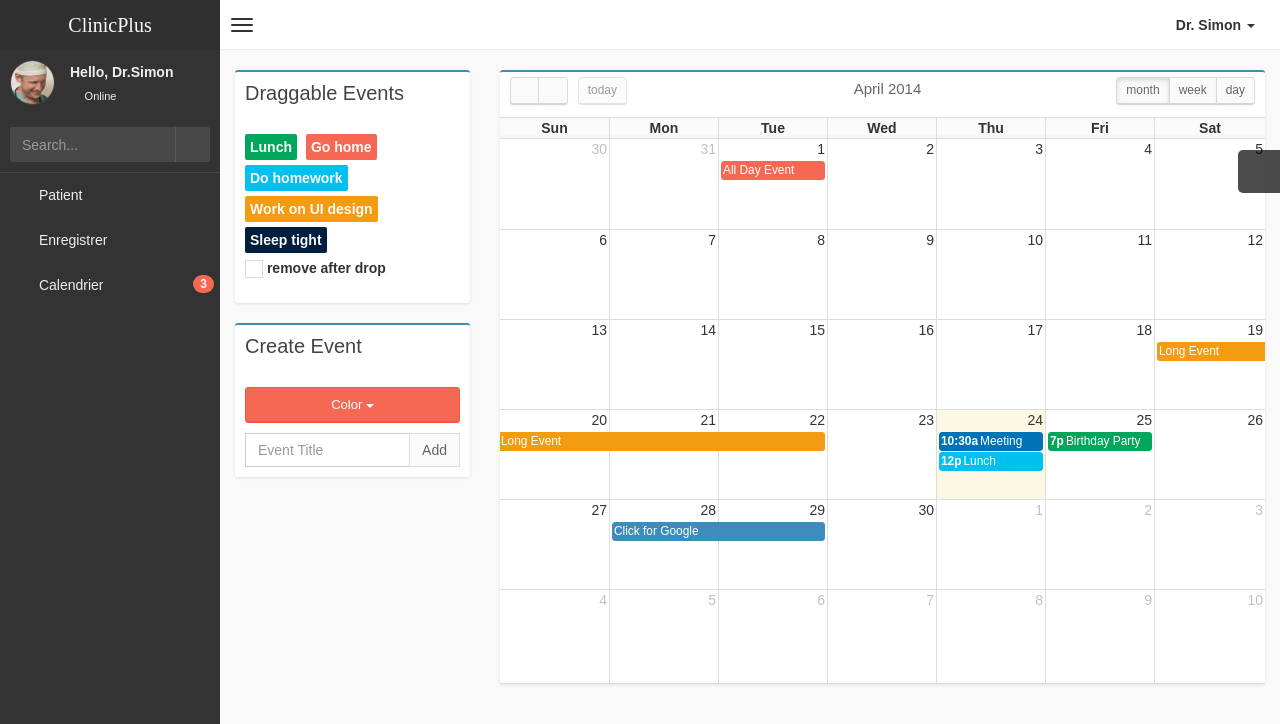
Repository: BouzidKhellaf/ClinicPlusBD
Page: http://localhost/clinicPlus/calendar
An editor plug-in stored every save of this project. The page is shown before and after the next save, followed by the edit.
The browser window is 1280 px wide. The pictures show the whole page.
Some web fonts or font styles are not loaded; a fallback is used. Some web libraries are served in a nearby version. The page is served by Tomcat 9.

Above is the page before, as saved 2014-05-06 00:54:06.

After the next save:
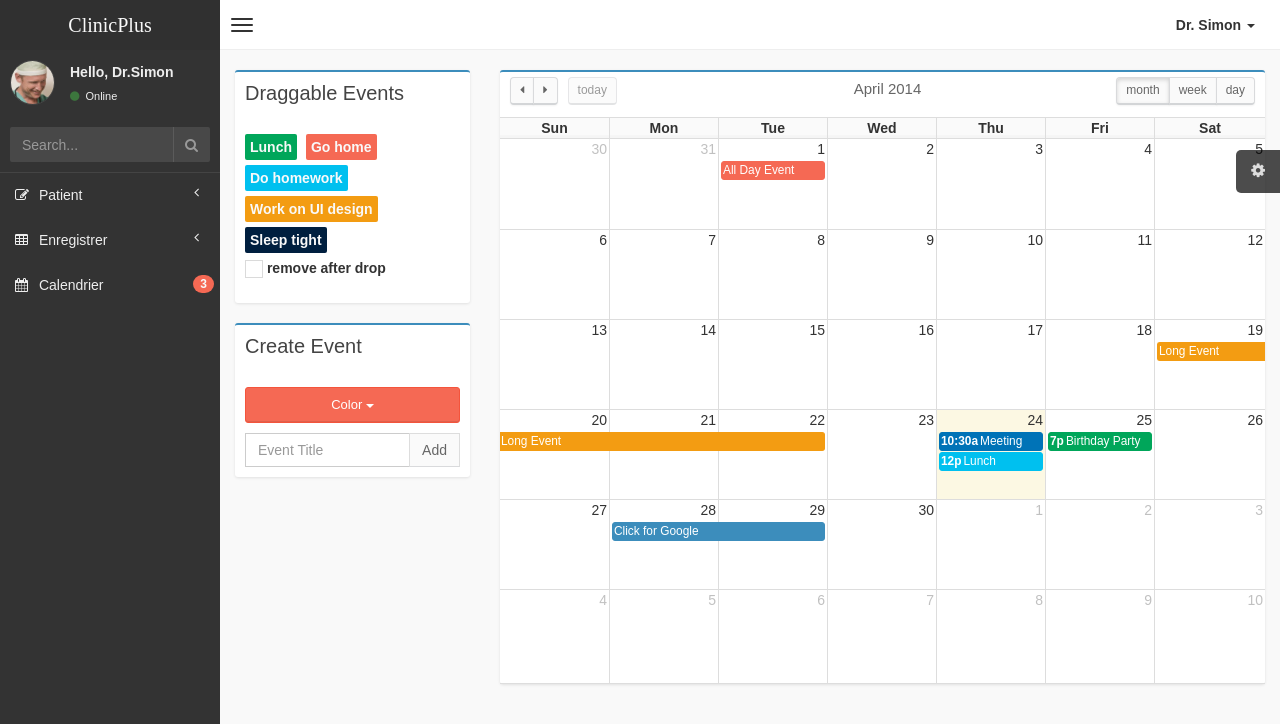
Saved 64 s later.
--- a/clinicPlus/src/main/webapp/WEB-INF/views/admin/pages/calendar.jsp
+++ b/clinicPlus/src/main/webapp/WEB-INF/views/admin/pages/calendar.jsp
@@ -13,14 +13,14 @@
         <title>AdminLTE | Calendar</title>
         <meta content='width=device-width, initial-scale=1, maximum-scale=1, user-scalable=no' name='viewport'>
         <!-- bootstrap 3.0.2 -->
-        <link href="<%request.getContextPath();%>css/bootstrap.min.css" rel="stylesheet" type="text/css" />
+        <link href="<%request.getContextPath();%>resources/css/bootstrap.min.css" rel="stylesheet" type="text/css" />
         <!-- font Awesome -->
-        <link href="<%request.getContextPath();%>css/font-awesome.min.css" rel="stylesheet" type="text/css" />
+        <link href="<%request.getContextPath();%>resources/css/font-awesome.min.css" rel="stylesheet" type="text/css" />
         <!-- Ionicons -->
-        <link href="<%request.getContextPath();%>css/ionicons.min.css" rel="stylesheet" type="text/css" />
+        <link href="<%request.getContextPath();%>resources/css/ionicons.min.css" rel="stylesheet" type="text/css" />
         <!-- fullCalendar -->
-        <link href="<%request.getContextPath();%>css/fullcalendar/fullcalendar.css" rel="stylesheet" type="text/css" />
-        <link href="<%request.getContextPath();%>css/fullcalendar/fullcalendar.print.css" rel="stylesheet" type="text/css" media='print' />
+        <link href="<%request.getContextPath();%>resources/css/fullcalendar/fullcalendar.css" rel="stylesheet" type="text/css" />
+        <link href="<%request.getContextPath();%>resources/css/fullcalendar/fullcalendar.print.css" rel="stylesheet" type="text/css" media='print' />
         <!-- Theme style -->
         <link href="<%request.getContextPath();%>css/AdminLTE.css" rel="stylesheet" type="text/css" />
 
@@ -225,13 +225,13 @@
         <!-- jQuery 2.0.2 -->
         <script src="http://ajax.googleapis.com/ajax/libs/jquery/2.0.2/jquery.min.js"></script>
         <!-- jQuery UI 1.10.3 -->
-        <script src="<%request.getContextPath();%>js/jquery-ui-1.10.3.min.js" type="text/javascript"></script>
+        <script src="<%request.getContextPath();%>resources/js/jquery-ui-1.10.3.min.js" type="text/javascript"></script>
         <!-- Bootstrap -->
-        <script src="<%request.getContextPath();%>js/bootstrap.min.js" type="text/javascript"></script>
+        <script src="<%request.getContextPath();%>resources/js/bootstrap.min.js" type="text/javascript"></script>
         <!-- AdminLTE App -->
-        <script src="<%request.getContextPath();%>js/AdminLTE/app.js" type="text/javascript"></script>
+        <script src="<%request.getContextPath();%>resources/js/AdminLTE/app.js" type="text/javascript"></script>
         <!-- fullCalendar -->
-        <script src="<%request.getContextPath();%>js/plugins/fullcalendar/fullcalendar.min.js" type="text/javascript"></script>
+        <script src="<%request.getContextPath();%>resources/js/plugins/fullcalendar/fullcalendar.min.js" type="text/javascript"></script>
         <!-- Page specific script -->
         <script type="text/javascript">
             $(function() {
